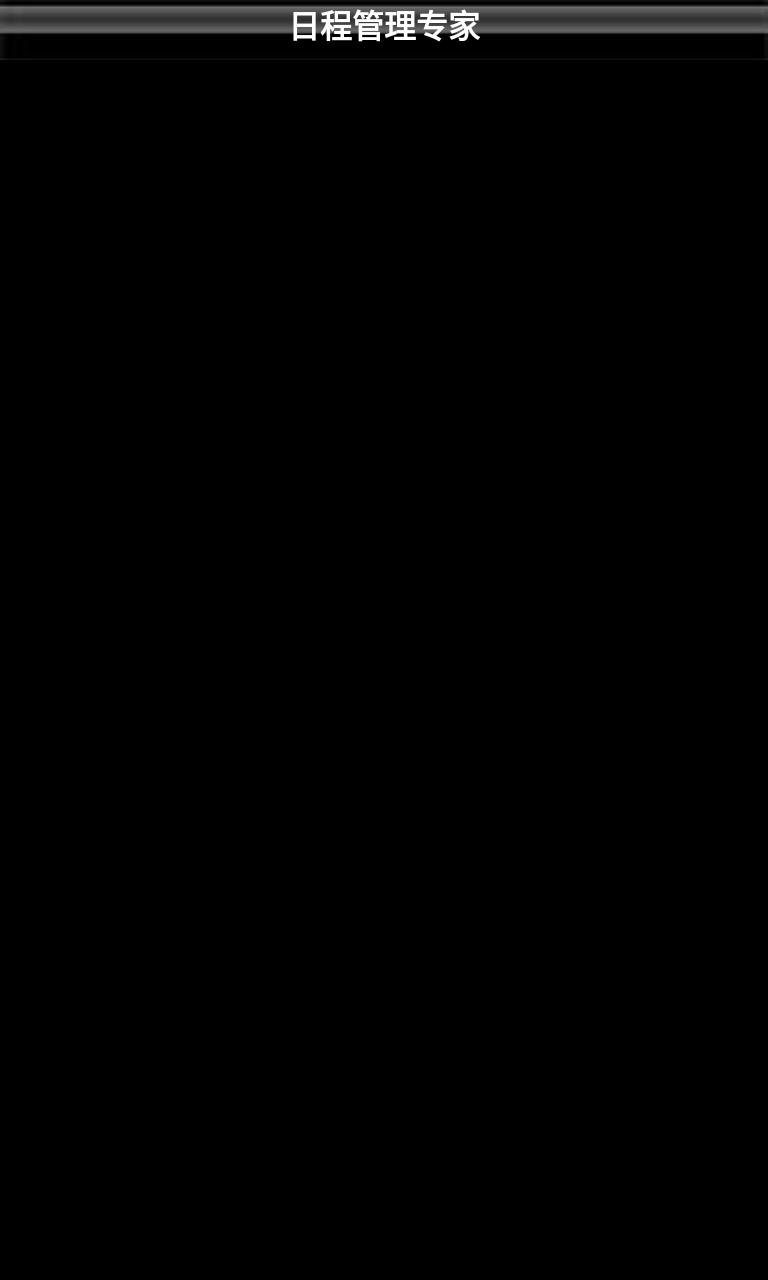
Repository: gogolaile/CoolWeather
Layout: DayDel/res/layout/activity_main.xml
The author's editor kept a copy of each file at every save. The layout is drawn from the files as they stood at one save, then again after the next save.
It is drawn on a 768 x 1280 px phone screen (xhdpi) without system bars, with theme android:Theme.NoTitleBar.Fullscreen; the app's code is not run.

Above is the layout before, as saved 2015-12-04 09:13:10.

After the next save:
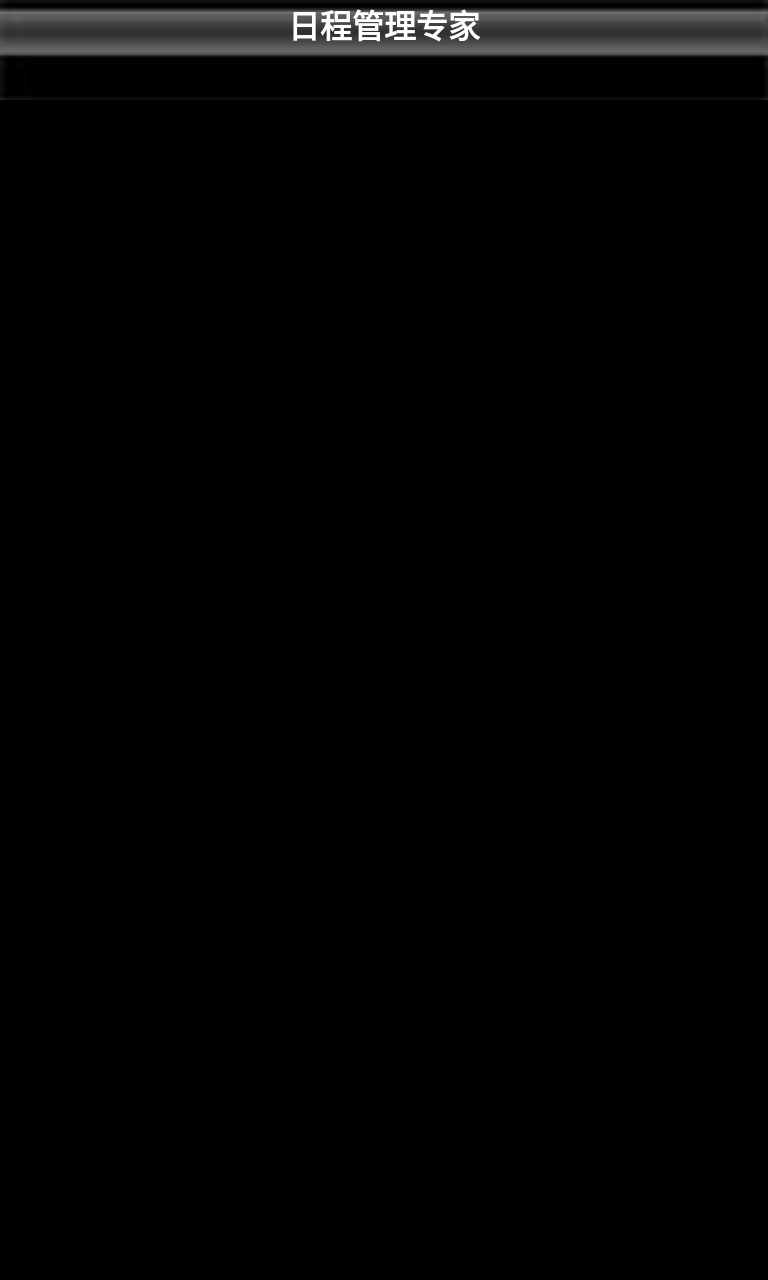
Saved 2 min 18 s later.
--- a/DayDel/res/layout/activity_main.xml
+++ b/DayDel/res/layout/activity_main.xml
@@ -5,7 +5,7 @@
 
     <FrameLayout
         android:layout_width="match_parent"
-        android:layout_height="30dp"
+        android:layout_height="50dp"
         android:background="@drawable/title">
     <TextView
         android:layout_width="wrap_content"
@@ -16,6 +16,5 @@
         android:textStyle="bold"
         android:layout_gravity="center_horizontal"
         />
-
      </FrameLayout>
 </LinearLayout>
